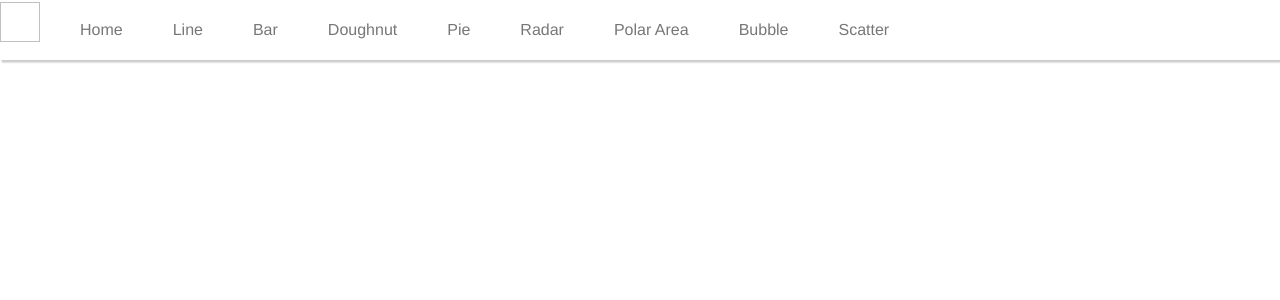
Repository: nashthecoder/vue_learn
Page: /dashboard (app in client/)
These files come from the project's save history. The page is drawn as it stood at one moment and after the next save; the edit follows.
The browser window is 1280 px wide. The pictures show the whole page.
The project was rebuilt for these pictures with package versions that can differ from the ones it lists, and the page was loaded fresh each time. Imported but missing from the stored project, and not drawn on this page: client/src/views/Home.vue.

Above is the page before, as saved 2020-12-24 22:26:40.

### client/public/index.html
<!DOCTYPE html>
<html lang="en">
  <head>
    <meta charset="utf-8">
    <meta http-equiv="X-UA-Compatible" content="IE=edge">
    <meta name="viewport" content="width=device-width,initial-scale=1.0">
    <link rel="icon" href="<%= BASE_URL %>favicon.ico">
    <title>Visualizations</title>
  </head>
  <body>
    <noscript>
      <strong>We're sorry but client doesn't work properly without JavaScript enabled. Please enable it to continue.</strong>
    </noscript>
    <div id="app"></div>
    <!-- built files will be auto injected -->
  </body>
</html>

### client/src/main.js
import Vue from "vue";
import App from "./App.vue";
import "bootstrap/dist/css/bootstrap.css";
import router from "./router";

Vue.config.productionTip = false;

new Vue({
  router,
  render: h => h(App)
}).$mount("#app");

### client/src/App.vue
<template>
  <div id="app">
    <ResponsiveNav
      :nav-links="navLinks"
      background="#fff"
      link-color="#777"
      hoverBackground="#ddd"
    />
    <router-view />
  </div>
</template>
<script>
import ResponsiveNav from "@/components/ResponsiveNav";
export default {
  components: {
    ResponsiveNav
  },
  data: () => ({
    navLinks: [
      {
        text: "Home",
        path: "/"
      },
      {
        text: "Line",
        path: "/line"
      },
      {
        text: "Bar",
        path: "/bar"
      },
      {
        text: "Doughnut",
        path: "/doughnut"
      },
      {
        text: "Pie",
        path: "/pie"
      },
      {
        text: "Radar",
        path: "/radar"
      },
      {
        text: "Polar Area",
        path: "/polar-area"
      },
      {
        text: "Bubble",
        path: "/bubble"
      },
      {
        text: "Scatter",
        path: "/scatter"
      }
    ]
  })
};
</script>
<style>
body {
  margin: 0;
}
#app {
  font-family: "Avenir", Helvetica, Arial, sans-serif;
  -webkit-font-smoothing: antialiased;
  -moz-osx-font-smoothing: grayscale;
  text-align: center;
  color: #2c3e50;
}
#nav {
  padding: 30px;
}

#nav a {
  font-weight: bold;
  color: #2c3e50;
}

#nav a.router-link-exact-active {
  color: #42b983;
}
</style>

### client/src/router.js
import Vue from "vue";
import VueRouter from "vue-router";
import Home from "./views/Home.vue";

Vue.use(VueRouter);

const routes = [
  {
    path: "/",
    name: "Home",
    component: Home
  },
  {
    path: "/dashboard",
    name: "Dashboard",
    component: () => import("./views/Dashboard.vue")
  },
  {
    path: "/line",
    name: "Line",
    component: () => import("./views/Line.vue")
  },
  {
    path: "/bar",
    name: "Bar",
    component: () => import("./views/Bar.vue")
  },
  {
    path: "/doughnut",
    name: "Doughnut",
    component: () => import("./views/Doughnut.vue")
  },
  {
    path: "/pie",
    name: "Pie",
    component: () => import("./views/Pie.vue")
  },
  {
    path: "/radar",
    name: "Radar",
    component: () => import("./views/Radar.vue")
  },
  {
    path: "/polar-area",
    name: "PolarArea",
    component: () => import("./views/PolarArea.vue")
  },
  {
    path: "/bubble",
    name: "Bubble",
    component: () => import("./views/Bubble.vue")
  },
  {
    path: "/scatter",
    name: "Scatter",
    component: () => import("./views/Scatter.vue")
  }
];
const router = new VueRouter({
  mode: "history",
  base: process.env.BASE_URL,
  routes
});

export default router;

### client/src/components/ResponsiveNav.vue
<template>
  <nav :style="{ background: background || '#333' }">
    <ul :style="{ background: background || '#333' }"ref="nav">
      <figure class="image-logo" @click="toggleNav">
        <img :src="imagePath" height="40px" width="40px" />
      </figure>
      <li
        v-for="(link, index) in navLinks" :key="index"
        @mouseenter="$event.currentTarget.style.background = hoverBackground || '#999'"
		  	@mouseleave="$event.currentTarget.style.background = background || '#333'"
        >
        <router-link
					:to="link.path"
					:style="{ color: linkColor || '#DDD' }"
				>
					{{ link.text }}
					<i :class="link.icon" />
				</router-link>
      </li>
    </ul>
  </nav>
</template>
<script>
export default {
	props: ['navLinks', 'background', 'linkColor', 'hoverBackground', 'imagePath'],
	methods: {
		toggleNav () {
			const nav = this.$refs.nav.classList
			nav.contains('active') ? nav.remove('active') : nav.add('active')
		}
	}
}
</script>

<style scoped lang="scss">
nav {
	height: 60px;
	width: 100%;
	box-shadow: 2px 2px 2px #CCC;
	ul {
		display: flex;
		height: 100%;
		align-items: center;
		margin-block-start: 0;
		margin-block-end: 0;
		padding-inline-start: 0;
		box-shadow: 2px 2px 2px #CCC;
		figure {
			cursor: pointer;
			margin-right: 10px;
		}
		a {
			text-decoration: none;
			display: flex;
			flex-direction: row-reverse;
			align-items: center;
		}
		i {
			margin-right: 10px;
			font-size: 22px;
		}
		li {
			list-style-type: none;
			padding: 10px 20px;
		}
	}
}
@media screen and (max-width: 759px) {
	nav {
		ul {
			position: absolute;
			width: 300px;
			flex-direction: column;
			left: -240px;
			transition: 300ms ease all;
			top: 60px;
			&.active {
				left: 0px;
			}
			figure {
				position: fixed;
				z-index: 1;
				top: 10px;
				left: 2px;
			}
			li {
				width: 100%;
				padding-left: 0;
				padding-right: 0;
			}
			a {
				flex-direction: row;
				margin-left: 20px;
				justify-content: space-between;
				margin-right: 13px;
			}
		}
	}
}
</style>

### client/src/views/Dashboard.vue
<template>
  <b-sidebar />
</template>

<script>
// import axios from "axios";
import { BSidebar } from "bootstrap-vue";

export default {
  components: {
    BSidebar
  },
  data() {
    return {};
  }
};
</script>

<style scoped></style>

After the next save:
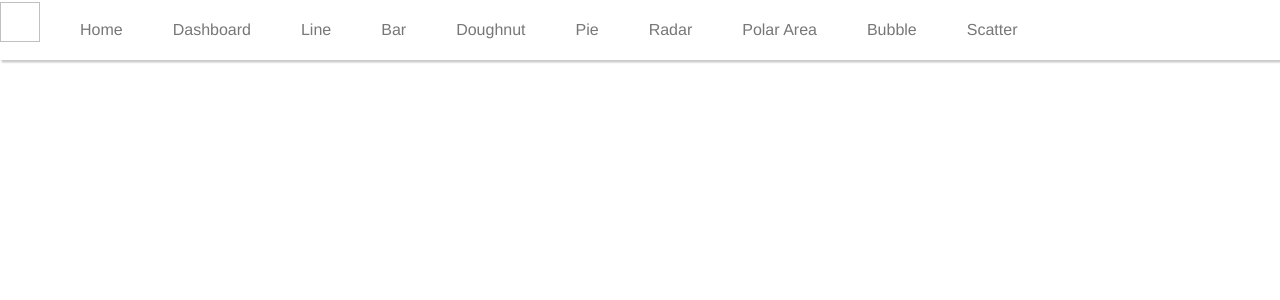
Saved 22 s later.
--- a/client/src/App.vue
+++ b/client/src/App.vue
@@ -20,6 +20,10 @@ export default {
       {
         text: "Home",
         path: "/"
+      },
+      {
+        text: "Dashboard",
+        path: "/dashboard"
       },
       {
         text: "Line",
